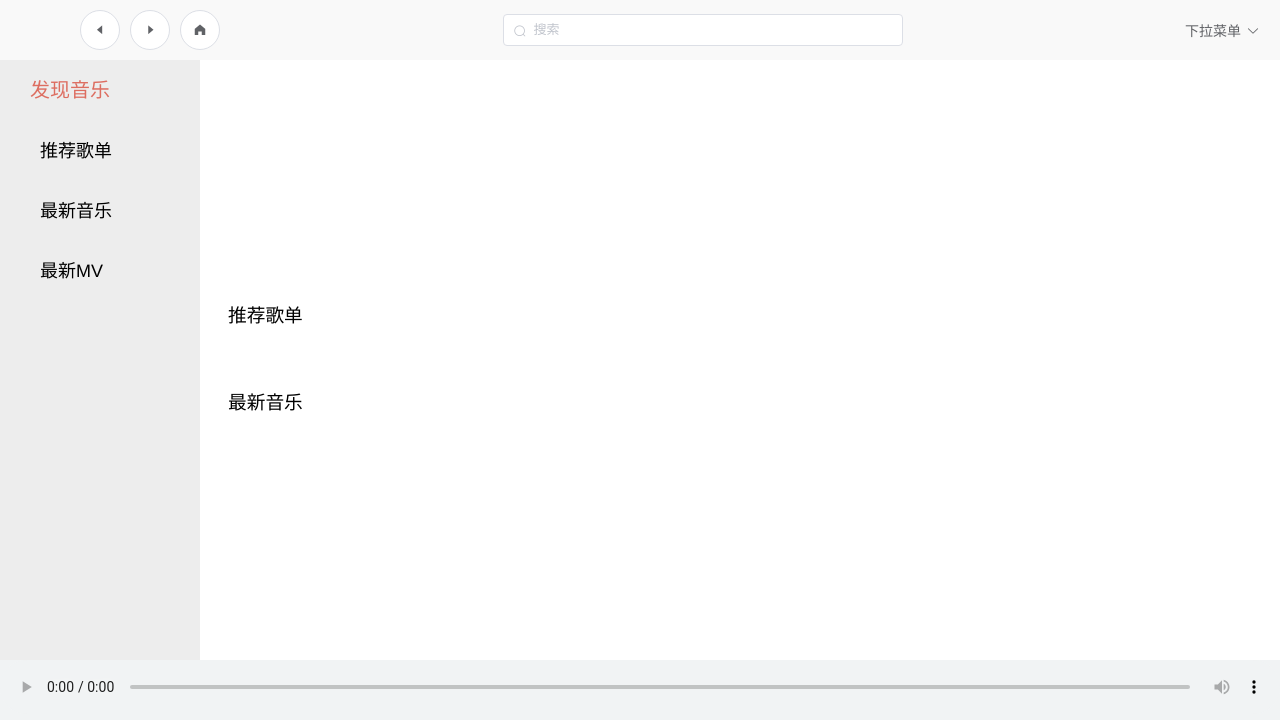
Repository: Lanborn/cloud_music
Page: /
These files come from the project's save history. The page is drawn as it stood at one moment and after a run of saves; the edit follows.
The browser window is 1280 px wide. The pictures show the whole page.
The page's requests for data from a server got no answer. An inner scrolling area shows only its first screen. The project was rebuilt for these pictures with package versions that can differ from the ones it lists, and the page was loaded fresh each time. No one was signed in, and anything a server would have sent is missing. Also part of the build but not shown: vue.config.js, src/components/playlists.vue, src/components/songs.vue, src/components/mvs.vue, src/components/result.vue, src/components/playlist.vue, src/components/mv.vue.

Above is the page before, as saved 2021-12-11 00:28:54.

After the next 2 saves:
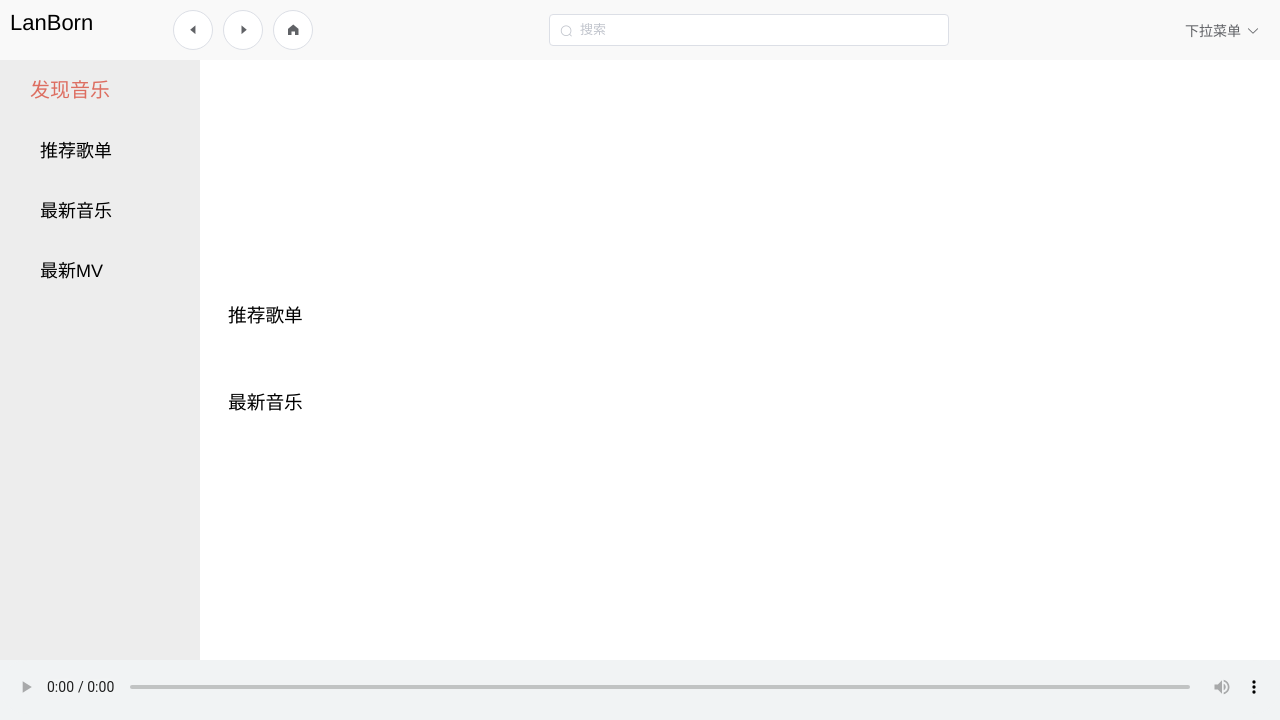
The 2 saves are shown as one change because they came seconds apart.
The last was saved 23 s later.
--- a/src/views/top.vue
+++ b/src/views/top.vue
@@ -3,7 +3,7 @@
     <div class="left-box">
       <div class="icon-wrapper">
         <el-tooltip class="item" :enterable="false" effect="dark" content="去主页：lanborn.github.io/Vueprs/" placement="right">
-          <img src="" alt="">
+          <!-- <img src="" alt=""> -->
           <a class="el-tooltip item" href="https://lanborn.github.io/Vueprs/">LanBorn</a>
         </el-tooltip>
       </div>
